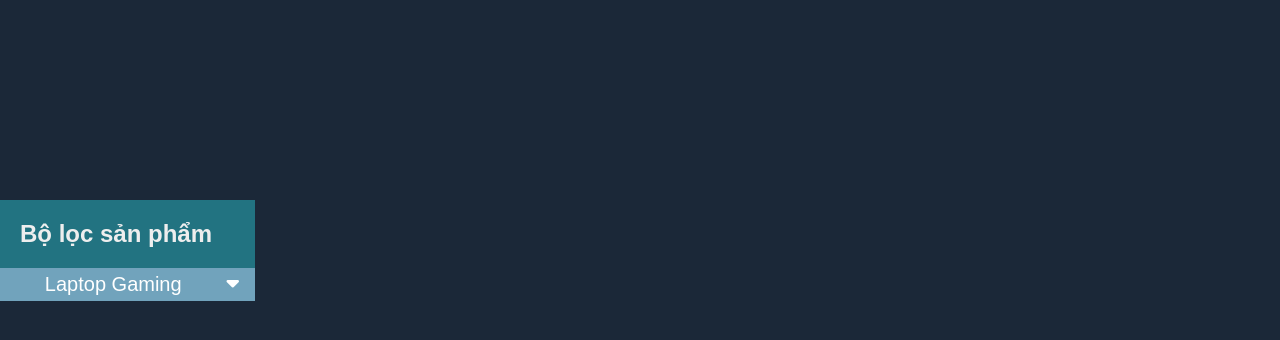
Repository: HPNChanel/DACS
Page: product.html
The author's editor kept a copy of each file at every save. The page is drawn from the files as they stood at one save, then again after a run of saves.
The browser window is 1280 px wide. The pictures show the whole page.

Above is the page before, as saved 2023-04-11 17:45:59.

After the next 3 saves:
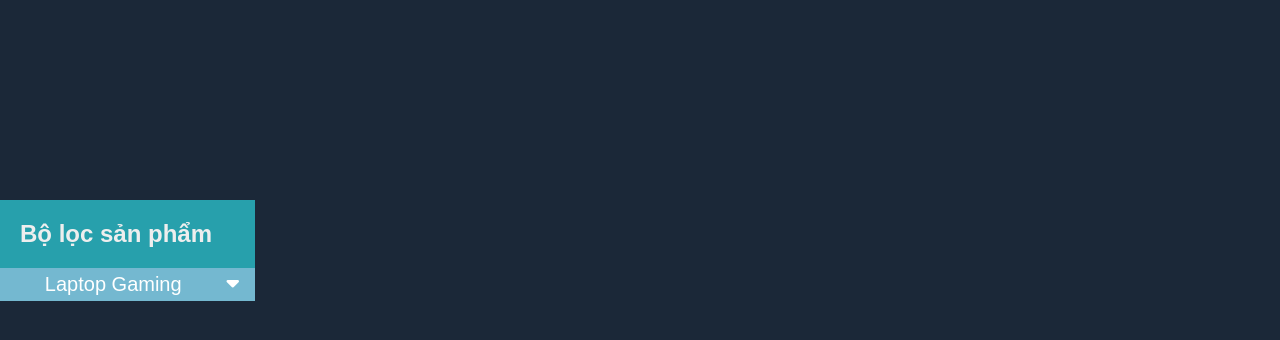
The 3 saves are shown as one change because they came seconds apart.
The last was saved 11 s later.
--- a/style/product.css
+++ b/style/product.css
@@ -21,7 +21,7 @@ h2 {
     padding: 20px 20px;
 }
 .sidebar {
-    background-color: #2fe6f065;
+    background-color: #2fe6f0a1;
     width: 255px;
     margin-top: 200px;
 }
